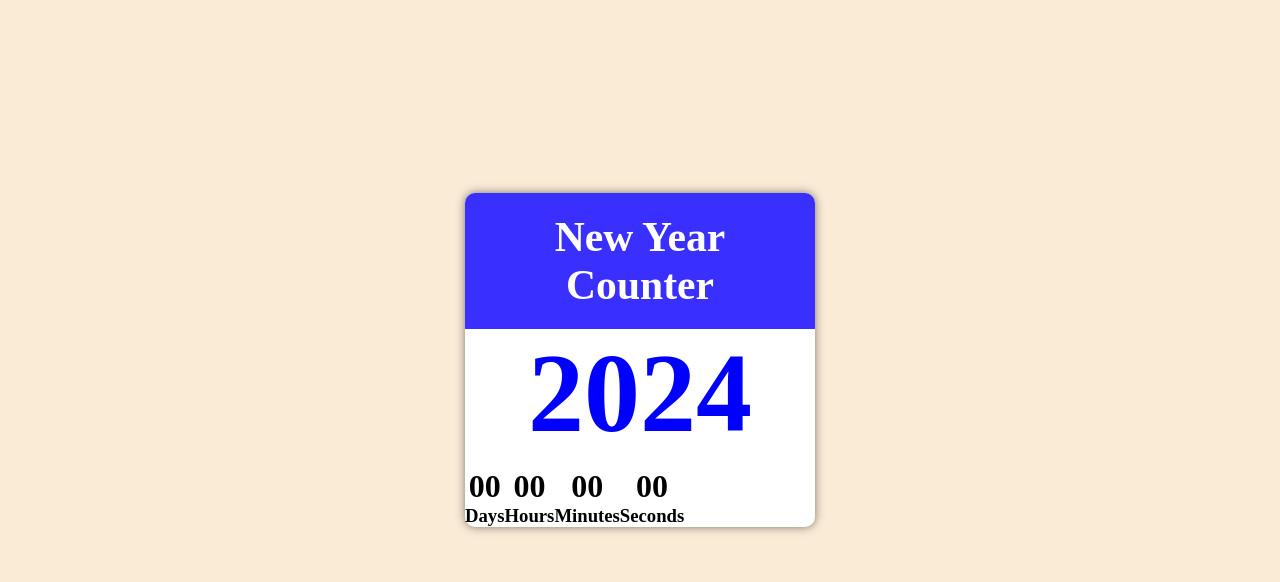
Repository: JunaidAnsari202/New-Year-counter
Page: index.html
The author's editor kept a copy of each file at every save. The page is drawn from the files as they stood at one save, then again after a run of saves.
The browser window is 1280 px wide. The pictures show the whole page.

Above is the page before, as saved 2024-11-13 15:29:44.
Console error: SyntaxError: Unexpected end of input

### index.html
<!DOCTYPE html>
<html lang="en">
<head>
    <meta charset="UTF-8">
    <meta name="viewport" content="width=device-width, initial-scale=1.0">
    <title>New Year Counter</title>
    <link rel="stylesheet" href="style.css">

</head>
<body>
    <div class="container">
        <div class="header">
            <h1>New Year Counter</h1>
        </div>
        <div class="next-year">
            <h1 id="next-year">2024</h1>
        </div>

        <div class="counter">
           <div class="days">
            <h1 id="days">00</h1>
            <h3>Days</h3>
           </div>

           <div class="hours">
            <h1 id="hours">00</h1>
            <h3>Hours</h3>
           </div>

           <div class="minutes">
            <h1 id="minutes">00</h1>
            <h3>Minutes</h3>
           </div>

           <div class="seconds">
            <h1 id="seconds">00</h1>
            <h3>Seconds</h3>
           </div>
        </div>
    </div>

    <script src="script.js"></script>
</body>
</html>

### style.css
*{
    margin: 0;
    padding: 0;
    box-sizing: border-box;
}

body{
    background-color: antiquewhite;
    display: flex;
    justify-content: center;
    align-items: center;
    height: 100vh;
}

.container{
    background-color: white;
    width: 350px;
    border-radius: 10px;
    text-align: center;
    box-shadow:0 0 10px 0 rgba(0 , 0, 0, 0.5) ;
}

.header{
    background-color: rgb(57, 47, 255);
    padding: 20px;
    border-top-left-radius: 10px;
    border-top-right-radius: 10px;
    color: white;
    font-size: 1.3rem;
}

.next-year{
    font-size:3.5rem ;
    font-weight: bold;
    color: blue;
    margin-bottom: 10px;
}

.counter{
    display: flex;
    justify-content: ;
}

Loaded but not shown: script.js (common file)

After the next 18 saves:
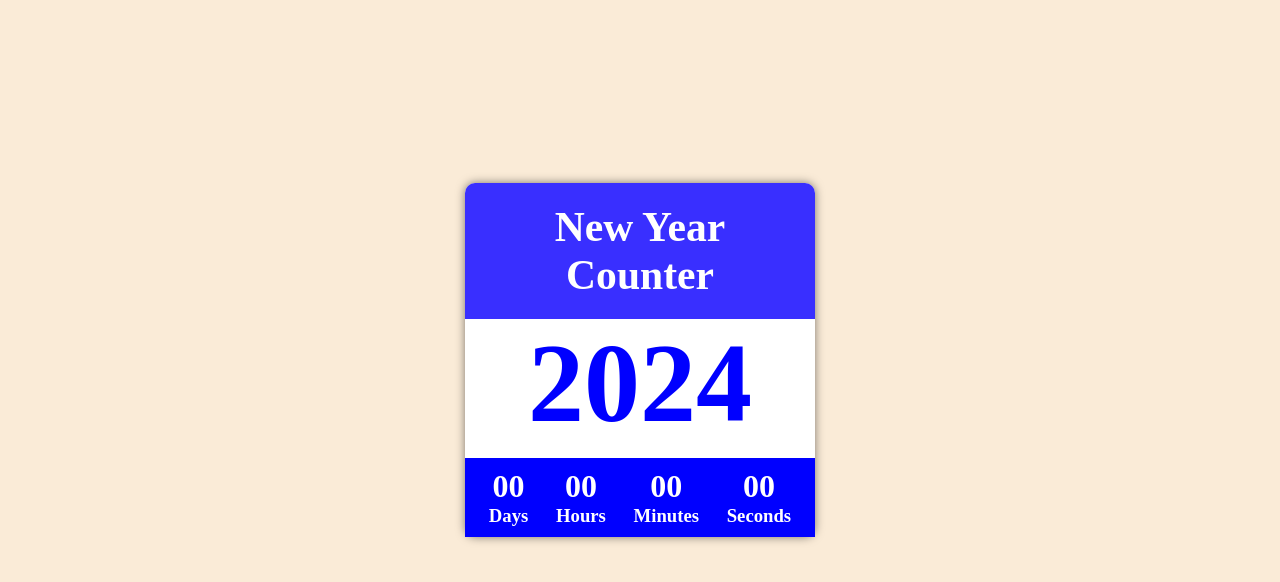
The 18 saves are shown as one change because they came seconds apart.
The last was saved 33 s later.
--- a/style.css
+++ b/style.css
@@ -38,5 +38,8 @@ body{
 
 .counter{
     display: flex;
-    justify-content: ;
+    justify-content: space-around;
+    background-color: blue;
+    color: white;
+    padding: 10px;
 }
